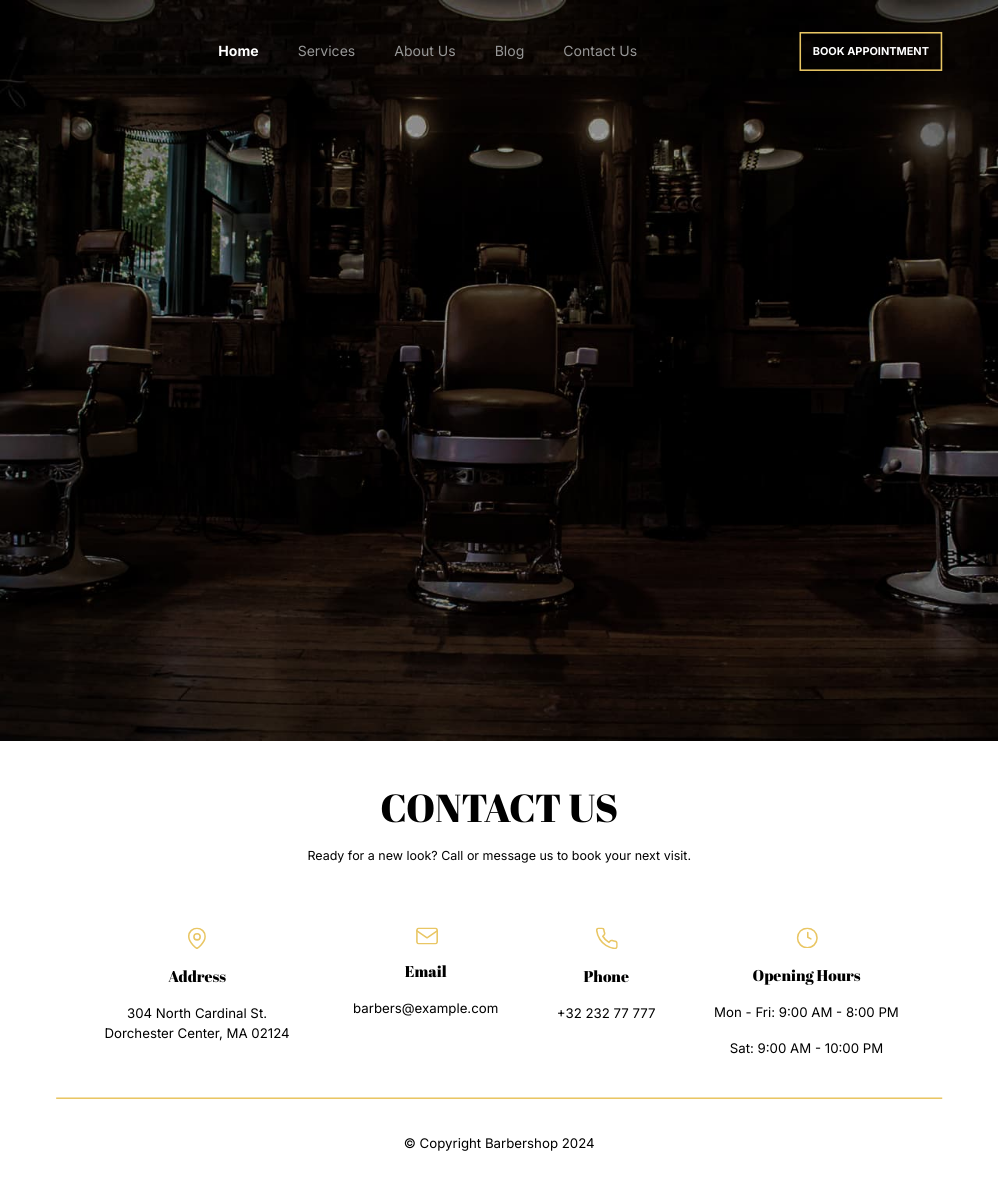
Repository: BogdanLazebnika/barbershop
Page: http://localhost/
These files come from the project's save history. The page is drawn as it stood at one moment and after a run of saves; the edit follows.
The browser window is 1280 px wide. The pictures show the whole page, at 78% of full size.
The page is run by PHP 8.4 with error messages shown; the project is at /var/www/html/.

Above is the page before, as saved 2025-07-16 19:11:49.

After the next 5 saves:
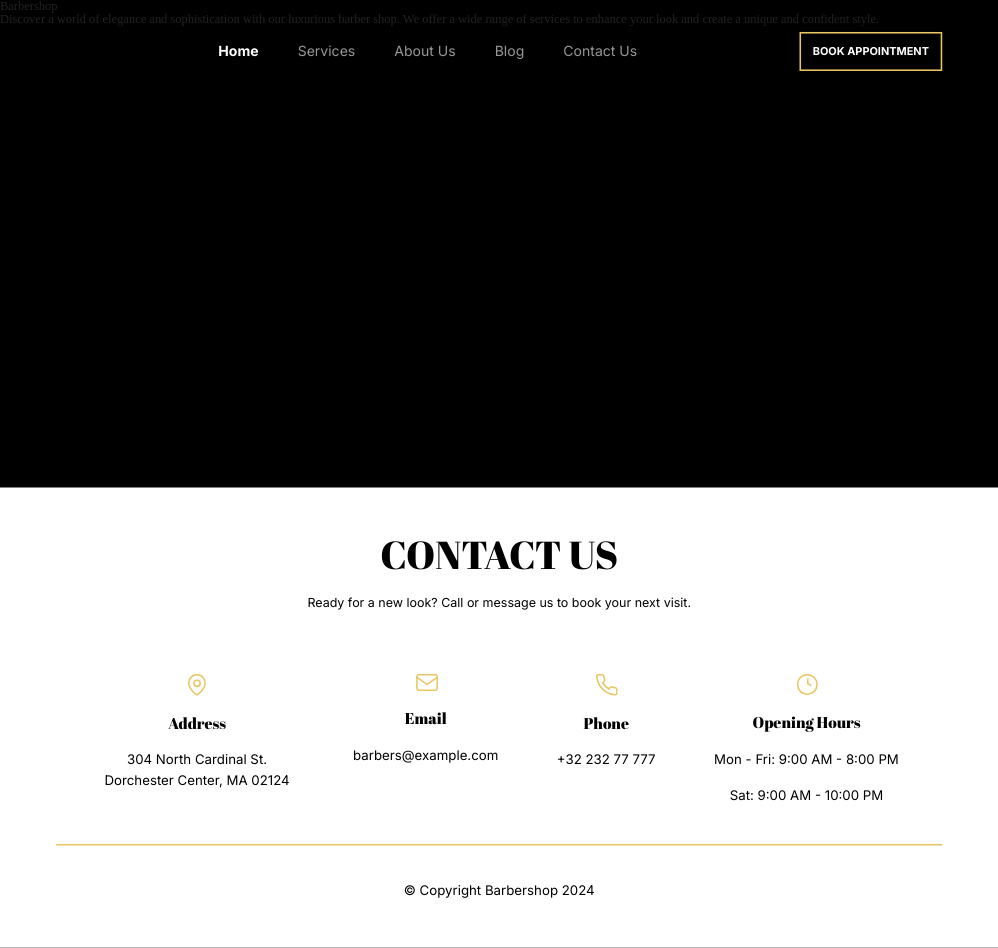
The 5 saves are shown as one change because they came seconds apart.
The last was saved 2 min 47 s later.
--- a/index.php
+++ b/index.php
@@ -15,10 +15,13 @@
     <?php include 'components/header.php'; ?>
 
     <main>
-        <!-- фонове зображення головної сторінки -->
-         <div class="background-image-homepage">
-            <img src="assets/images/backgrounds/hero.jpg" alt="Background Image">
-         </div>
+
+        <section class="hero">
+            <div class="hero-text">
+                <h1>Barbershop</h1>
+                <p>Discover a world of elegance and sophistication with our luxurious barber shop. We offer a wide range of services to enhance your look and create a unique and confident style.</p>
+            </div>
+        </section>
     </main>
 
     <?php include 'components/footer.php'; ?>
